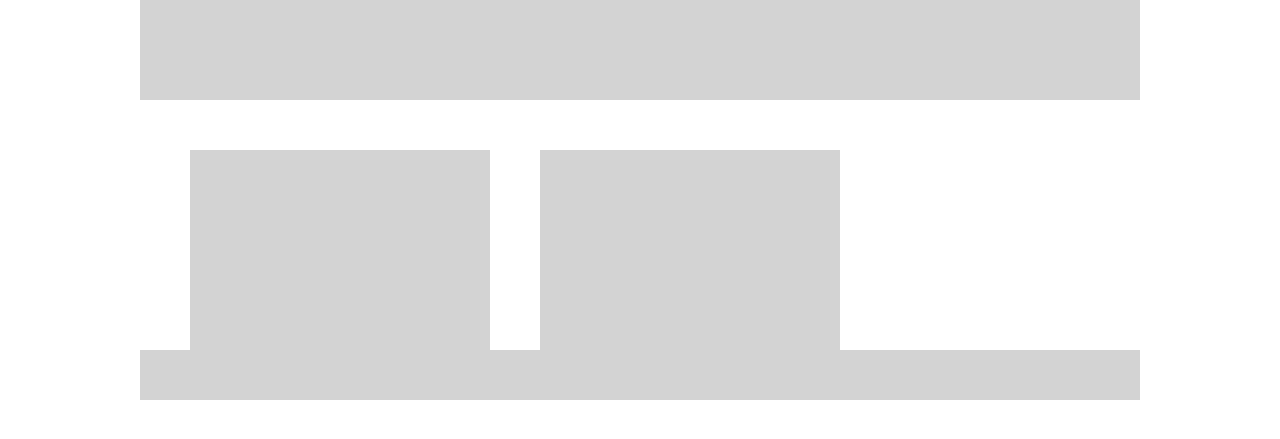
Repository: onopriienkoalina/onopriienkoalina.github.io
Page: dz9_containers/index.html
An editor plug-in stored every save of this project. The page is shown before and after the next save, followed by the edit.
The browser window is 1280 px wide. The pictures show the whole page.
The style sheet was rebuilt from its Sass, Less or Tailwind sources for each picture, by a compiler version that may differ from the author's.

Above is the page before, as saved 2021-12-01 18:51:49.

### dz9_containers/index.html
<!DOCTYPE html>
<html lang="en">
<head>
    <meta charset="UTF-8">
    <meta http-equiv="X-UA-Compatible" content="IE=edge">
    <meta name="viewport" content="width=device-width, initial-scale=1.0">
    <title>Document</title>
    <link href="reset.css" rel="stylesheet">
    <link href="css/style.css" rel="stylesheet">
</head>
<body>
    <div class="block1">
<div class="header"></div>
<div class="section"></div>
<div class="section section2"></div>
<div class="section section2"></div>
<div class="footer"></div>
</div>
</body>
</html>

### dz9_containers/style.scss

.section1{
 float: left;
 width: 30%;
 height: 200px;
 background-color: #D3D3D3;
}
.section2{
    float: left;
    width: 30%;
    height: 200px;
    margin-left: 5%;
    background-color: #D3D3D3;
}
.section3{
    float: left;
    width: 30%;
    height: 200px;
    margin-left: 5%;
    margin-bottom: 5%;
    background-color: #D3D3D3;
}
.header {
    clear: left;
    width: 100%;
    height: 100px;
    margin-bottom: 5%;
    background-color: #D3D3D3;
}
.footer {
    clear: left;
    width: 100%;
    height: 50px;
    background-color: #D3D3D3;
    margin-top: 5%;
}
.block1 {
    width: 1000px;
    margin: auto;
}

Loaded but not shown: dz9_containers/reset.css (common file)

After the next save:
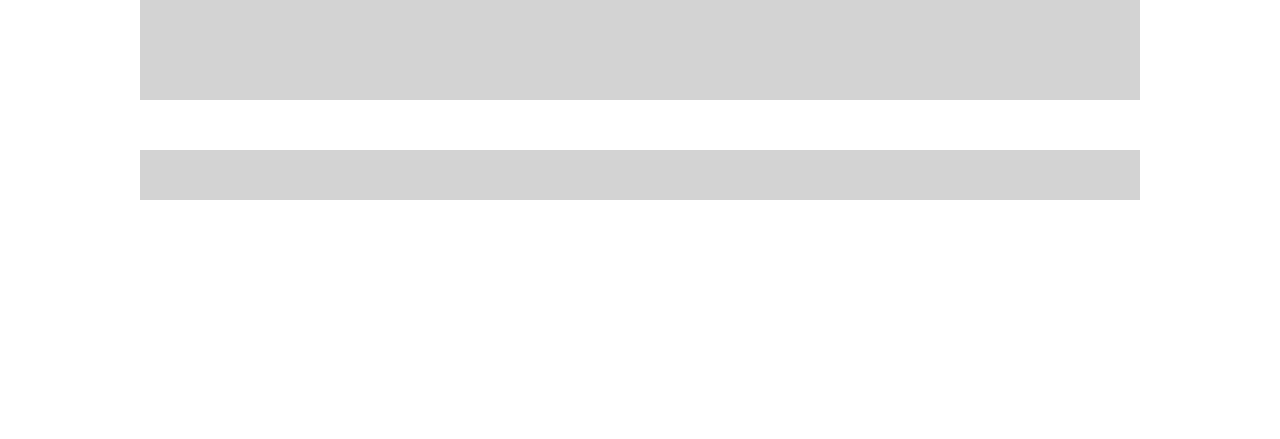
Saved 12 s later.
--- a/dz9_containers/index.html
+++ b/dz9_containers/index.html
@@ -12,8 +12,8 @@
     <div class="block1">
 <div class="header"></div>
 <div class="section"></div>
-<div class="section section2"></div>
-<div class="section section2"></div>
+<div class="section""section2"></div>
+<div class="section"></div>
 <div class="footer"></div>
 </div>
 </body>
